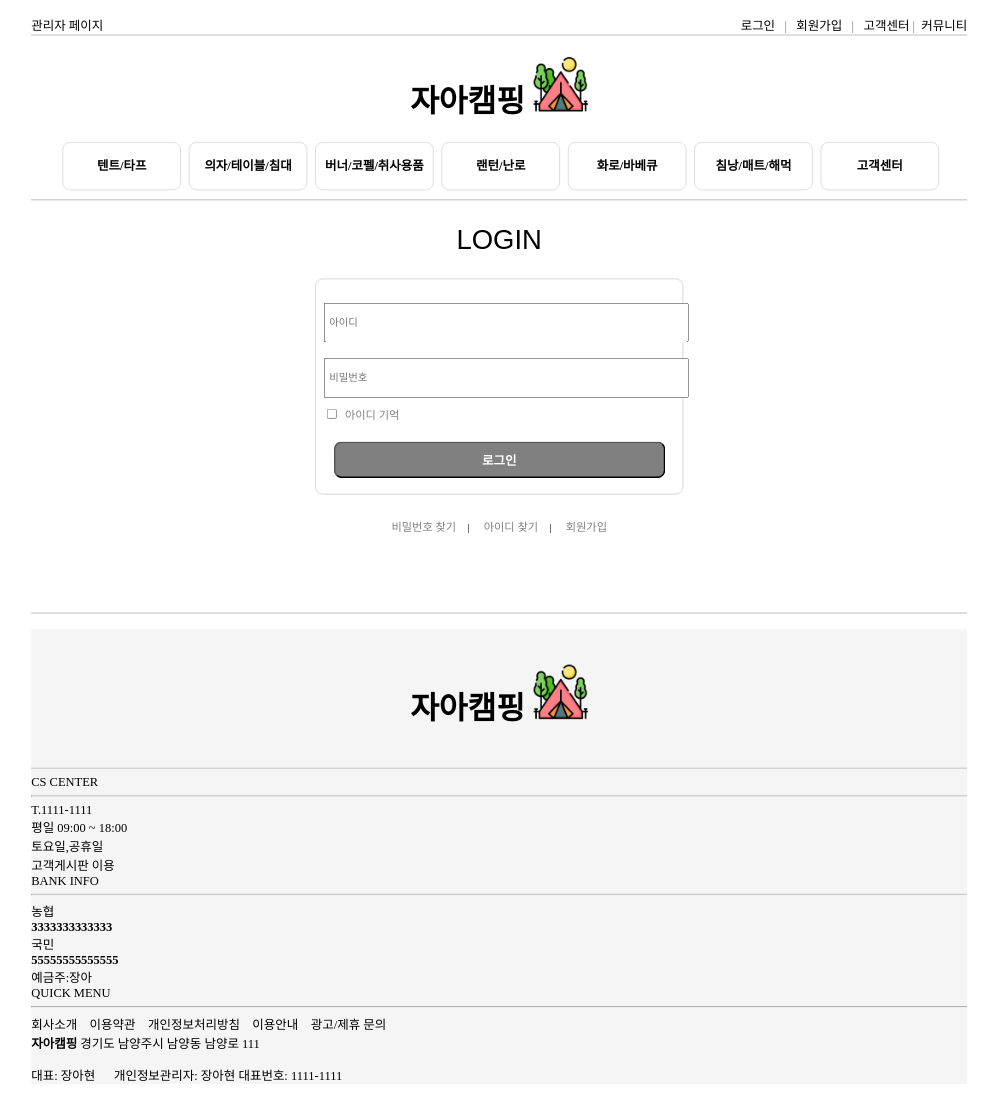
Repository: JJang-Ah/JSP-shoping-mall-project
Page: http://localhost/JaAhCamping/logon/memberLoginForm.jsp
These files come from the project's save history. The page is drawn as it stood at one moment and after the next save; the edit follows.
The browser window is 1280 px wide. The pictures show the whole page, at 78% of full size.
Some web fonts or font styles are not loaded; a fallback is used. The page is served by Tomcat 9.

Above is the page before, as saved 2022-06-12 13:58:51.

After the next save:
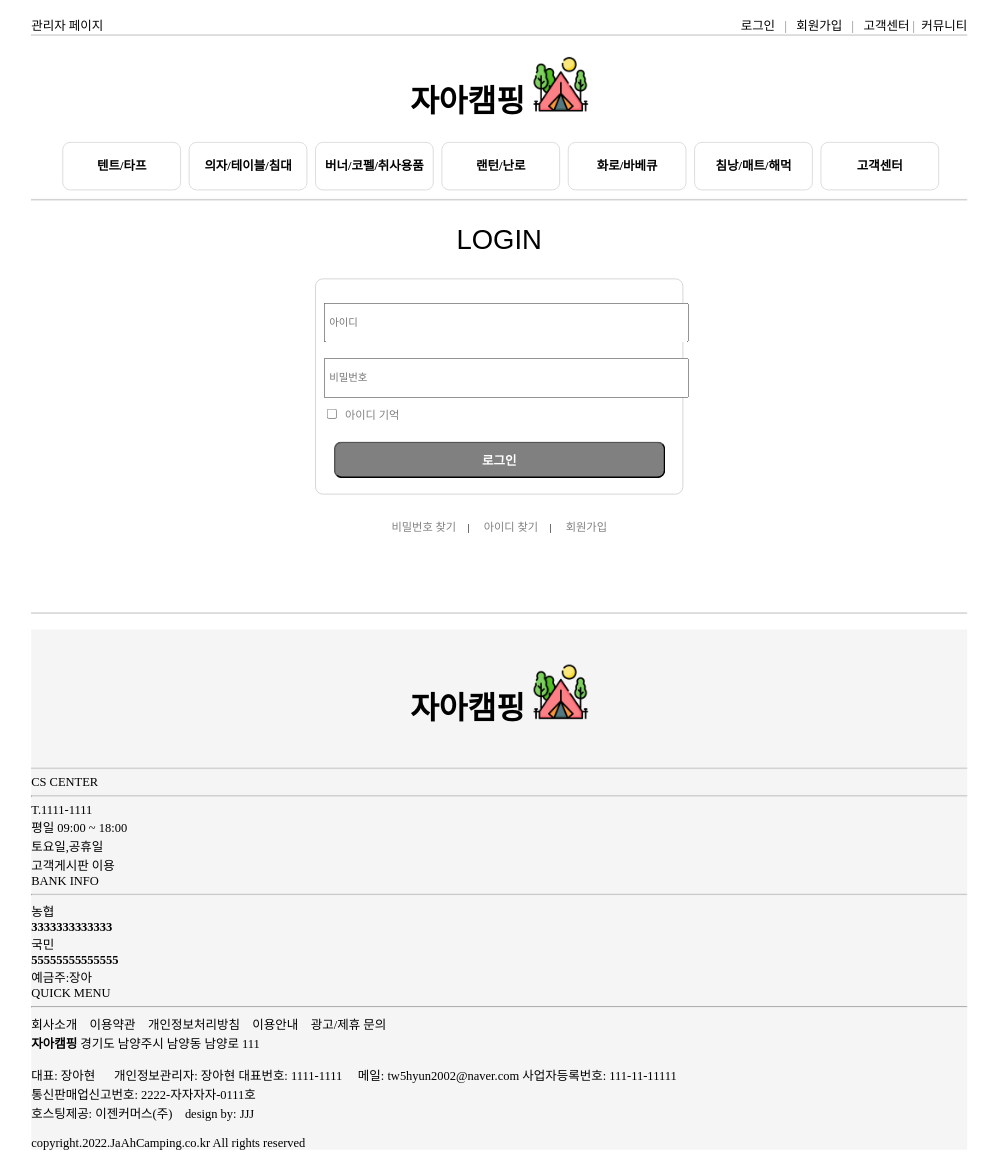
Saved 2 min 46 s later.
--- a/JaAhCamping/WebContent/mall/shopBottom.jsp
+++ b/JaAhCamping/WebContent/mall/shopBottom.jsp
@@ -49,8 +49,11 @@
 	<span>
 	경기도 남양주시 남양동 남양로 111 <br><br>
 	대표: 장아현 &ensp;&ensp; 개인정보관리자: 장아현
-	대표번호: 1111-1111&ensp;&ensp;
-
+	대표번호: 1111-1111&ensp;&ensp; 메일: tw5hyun2002@naver.com
+	사업자등록번호: 111-11-11111<br>
+	통신판매업신고번호: 2222-자자자자-0111호<br>
+	호스팅제공: 이젠커머스(주)&ensp;&ensp;design by: JJJ<br><br>
+	copyright.2022.JaAhCamping.co.kr All rights reserved
 	</span>
 
 	</div>
